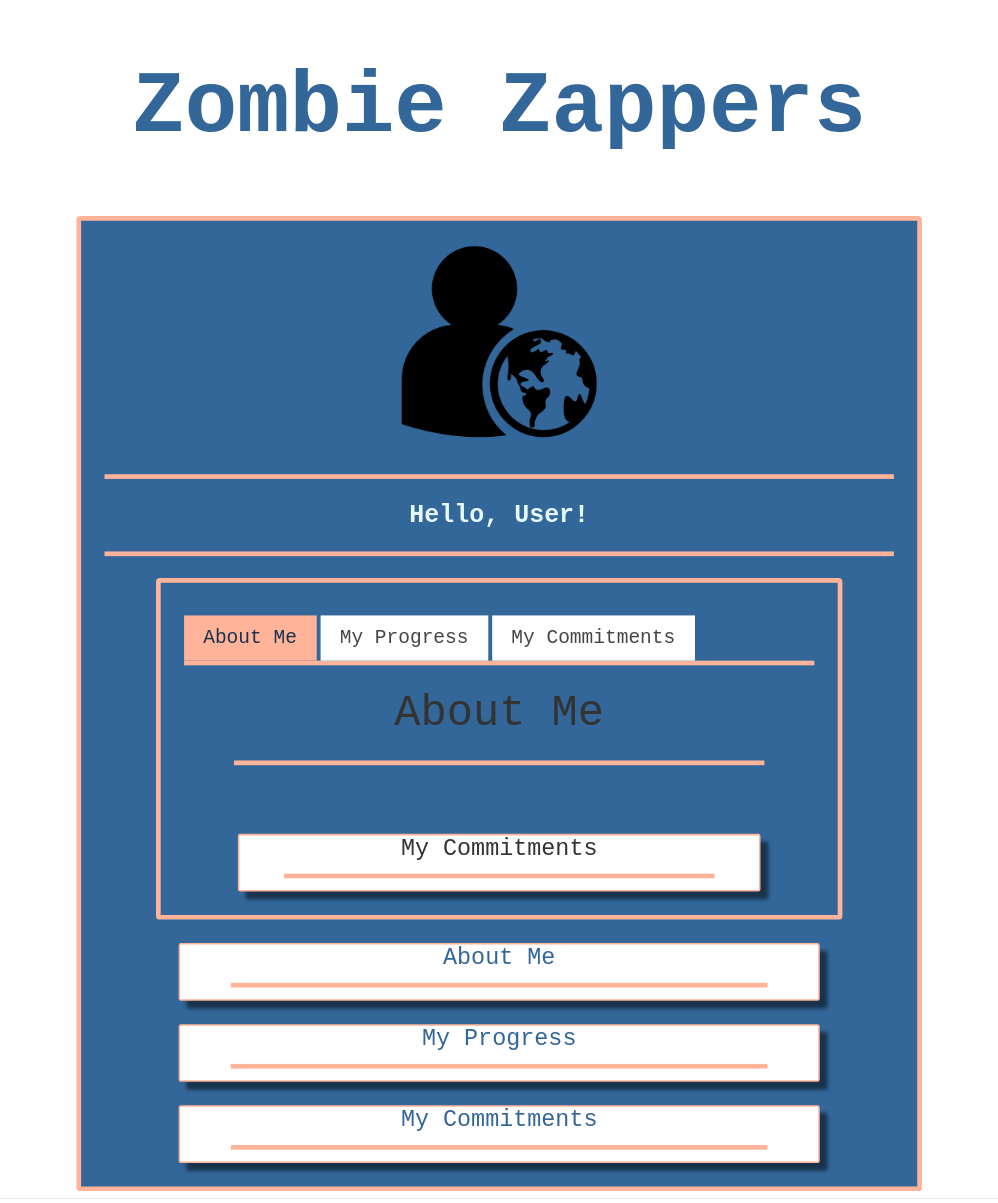
Repository: comp346s17/course-project-zombie-zapper
Page: user.html
The author's editor kept a record of every edit. The page is drawn from the files as they stood at one moment, then again after the next edit.
The browser window is 1280 px wide. The pictures show the whole page, at 78% of full size.
Some web libraries are served in a nearby version.

Above is the page before.

After the next edit:
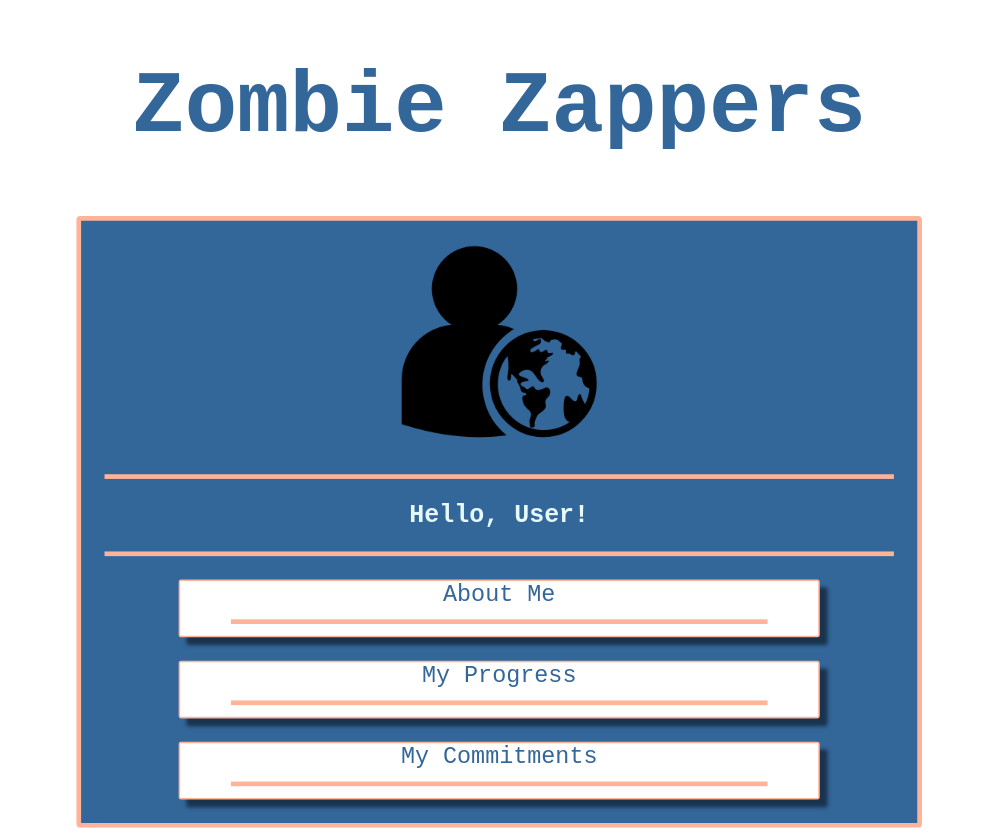
The edit:
--- a/user.html
+++ b/user.html
@@ -25,25 +25,7 @@
             <hr/>
             <h2>Hello, User!</h2>
             <hr/>
-            <div id="tabs">
-                <ul>
-                    <li><a href="#tabs-1">About Me</a></li>
-                    <li><a href="#tabs-2">My Progress</a></li>
-                    <li><a href="#tabs-3">My Commitments</a></li>
-                </ul>
-            <div id="tabs-1">
-                About Me
-                <hr id="userhr" />
-            </div>
-            <div id="tabs-2">
-                My Progress
-                <hr id="userhr" />
-            </div>
-            <div id="userdata">
-                My Commitments
-                <hr id="userhr" />
-            </div>
-            </div>
+
             <div id="userdata">
                 About Me
                 <hr id="userhr" />
